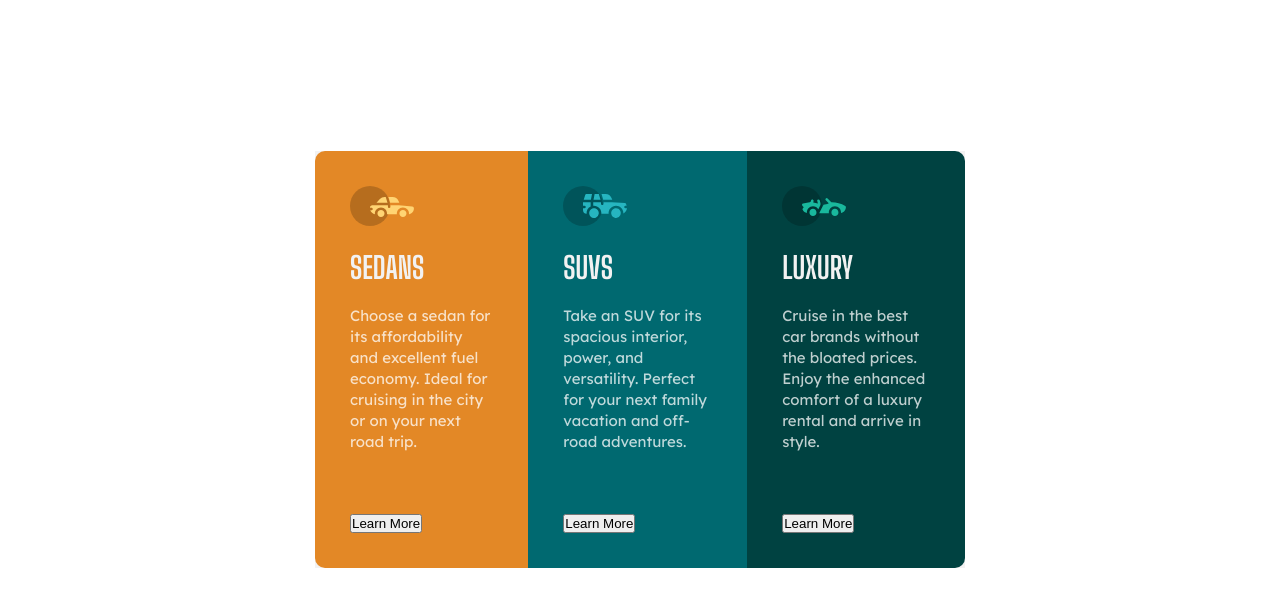
Repository: thaibaocoder1/3-column-card
Page: index.html
The author's editor kept a copy of each file at every save. The page is drawn from the files as they stood at one save, then again after the next save.
The browser window is 1280 px wide. The pictures show the whole page.

Above is the page before, as saved 2023-01-11 20:59:41.

### index.html
<!DOCTYPE html>
<html lang="en">
<head>
  <meta charset="UTF-8">
  <meta name="viewport" content="width=device-width, initial-scale=1.0">
  <link rel="icon" type="image/png" sizes="32x32" href="./images/favicon-32x32.png">
  <title>Frontend Mentor | 3-column preview card component</title>
  <link rel="preconnect" href="https://fonts.googleapis.com">
  <link rel="preconnect" href="https://fonts.gstatic.com" crossorigin>
  <link href="https://fonts.googleapis.com/css2?family=Big+Shoulders+Display:wght@700&family=Lexend+Deca&display=swap" rel="stylesheet">
  <link rel="stylesheet" href="./styles.css">
</head>
<body>

  <main class="container">
    <div class="container__box container__box--one">
      <img src="./images/icon-sedans.svg" alt="" class="container--image">
      <h1 class="container--heading">Sedans</h1>
      <p class="container--content">
        Choose a sedan for its affordability and excellent fuel economy. Ideal for cruising in the city
        or on your next road trip.
      </p>
      <button class="container--btn">Learn More</button>
    </div>

    <div class="container__box container__box--two">
      <img src="./images/icon-suvs.svg" alt="" class="container--image">
      <h1 class="container--heading">Suvs</h1>
      <p class="container--content">
        Take an SUV for its spacious interior, power, and versatility. Perfect for your next family vacation
        and off-road adventures.
      </p>
      <button class="container--btn">Learn More</button>
    </div>

    <div class="container__box container__box--three">
      <img src="./images/icon-luxury.svg" alt="" class="container--image">
      <h1 class="container--heading">Luxury</h1>
      <p class="container--content">
        Cruise in the best car brands without the bloated prices. Enjoy the enhanced comfort of a luxury
        rental and arrive in style.
      </p>
      <button class="container--btn">Learn More</button>
    </div>
  </main>


</body>
</html>

### styles.css
* {
    margin: 0;
    padding: 0;
    box-sizing: border-box;
}
html {
    font-size: 62.5%;
}
body {
    text-rendering: optimizeLegibility;
    scroll-behavior: smooth;
    font-family: 'Big Shoulders Display', cursive;
    font-family: 'Lexend Deca', sans-serif;
    display: flex;
    align-items: center;
    justify-content: center;
    min-height: calc(100vh - 1px);
}
:root {
    --bright-orange: hsl(31, 77%, 52%);
    --dark-cyan: hsl(184, 100%, 22%);
    --very-dark-cyan: hsl(179, 100%, 13%);
    --white-p:  hsla(0, 0%, 100%, 0.75);
    --light-gray: hsl(0, 0%, 95%);
}
.container {
    max-width: 65rem;
    margin: 0 auto;
    background-color: var(--light-gray);
    display: flex;
    align-items: stretch;
    justify-content: center;
}
.container .container__box--one {
    background-color: var(--bright-orange);
    border-radius: 1rem 0 0 1rem;
}
.container .container__box--two {
    background-color: var(--dark-cyan);
}
.container .container__box--three {
    background-color: var(--very-dark-cyan);
    border-radius: 0 1rem 1rem 0;
}
.container .container__box {
    padding: 3.5rem;
}
.container__box .container--heading {
    color: var(--light-gray);
    font-family: 'Big Shoulders Display', cursive;
    text-transform: uppercase;
    font-size: 3rem;
    margin: 2rem 0;
    font-weight: 500;
}
.container__box .container--content {
    color: var(--white-p);
    margin-bottom: 6.2rem;
    font-size: 1.5rem;
    line-height: 1.4;
}

After the next save:
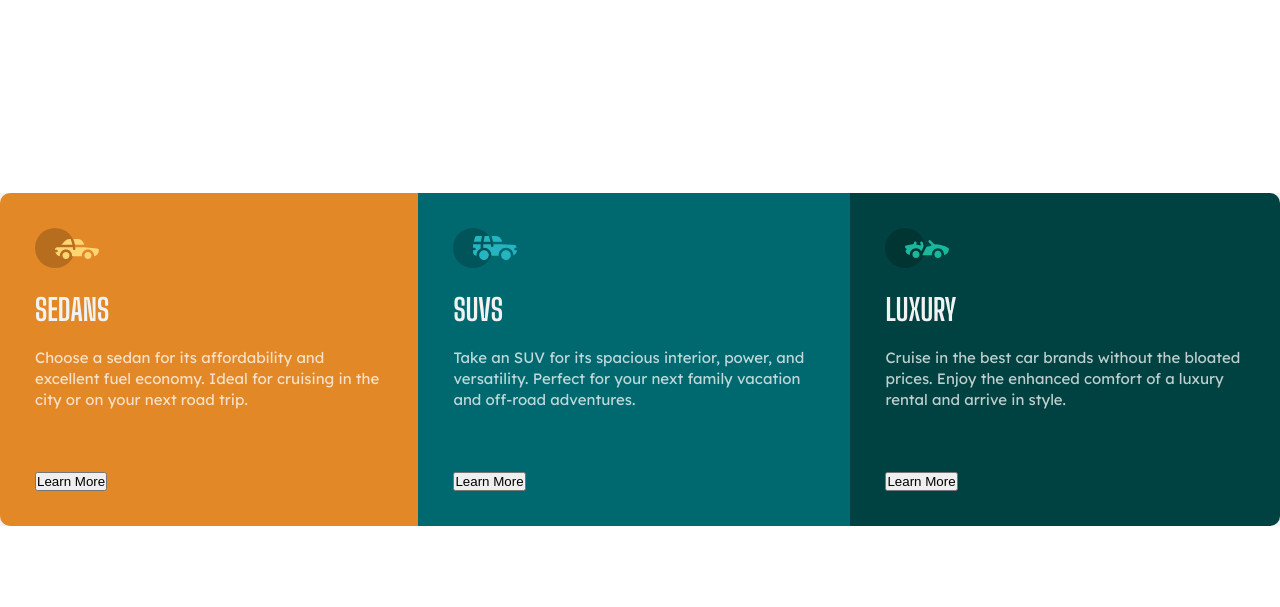
Saved 39 s later.
--- a/styles.css
+++ b/styles.css
@@ -24,7 +24,7 @@
     --light-gray: hsl(0, 0%, 95%);
 }
 .container {
-    max-width: 65rem;
+    /* max-width: 65rem; */
     margin: 0 auto;
     background-color: var(--light-gray);
     display: flex;
